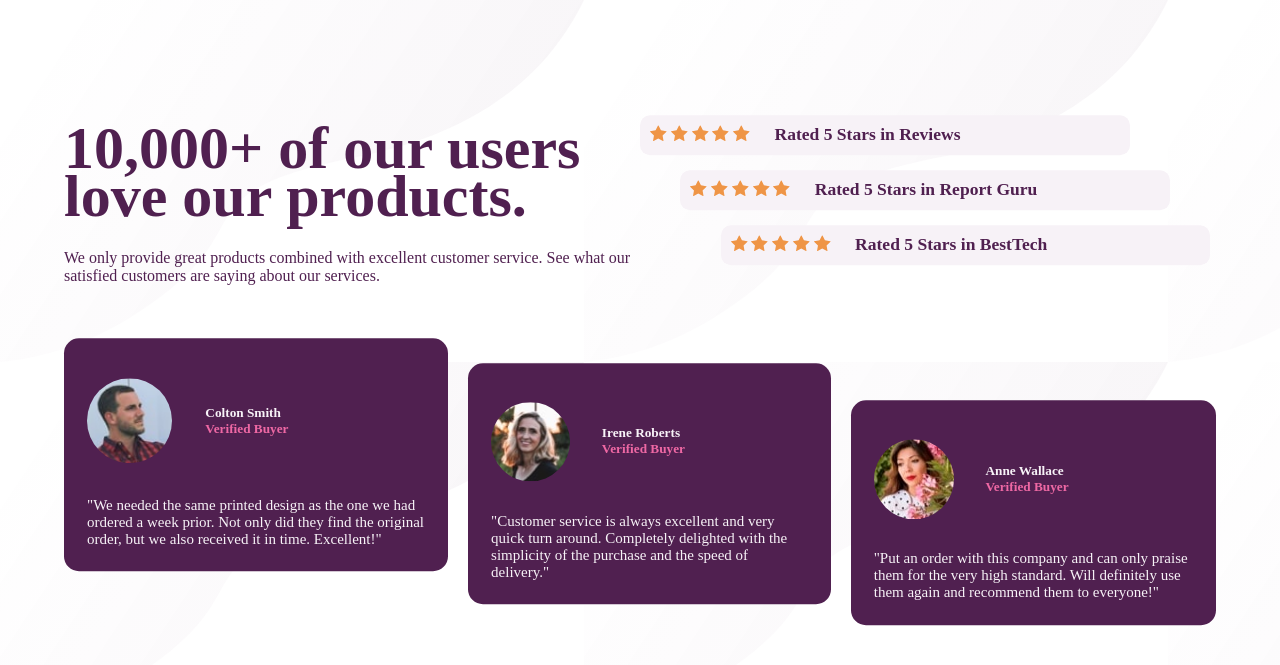
Repository: superZXMzzl/FrontendMentor
Page: social-proof-section-master/index.html
An editor plug-in stored every save of this project. The page is shown before and after the next save, followed by the edit.
The browser window is 1280 px wide. The pictures show the whole page.

Above is the page before, as saved 2022-05-10 11:44:53.

### social-proof-section-master/index.html
<!DOCTYPE html>
<html lang="en">
  <head>
    <meta charset="UTF-8" />
    <meta name="viewport" content="width=device-width, initial-scale=1.0" />
    <!-- displays site properly based on user's device -->

    <link
      rel="icon"
      type="image/png"
      sizes="32x32"
      href="./images/favicon-32x32.png"
    />
    <link rel="stylesheet" href="style.css">
    <title>Frontend Mentor | Social proof section</title>


  </head>
  <body>

    <div class="container">
      <div class="top">
        <div class="left">
          <p class="leftTitle">10,000+ of our users love our products.</p>
          <p class="leftDes">We only provide great products combined with excellent customer service.
            See what our satisfied customers are saying about our services.</p>
        </div>
        <div class="right">
          <div class="right1">
            <div class="starBox">
              <img src="./images/icon-star.svg" class="star">
              <img src="./images/icon-star.svg" class="star">
              <img src="./images/icon-star.svg" class="star">
              <img src="./images/icon-star.svg" class="star">
              <img src="./images/icon-star.svg" class="star">
            </div>
            <h3 class="starDes">Rated 5 Stars in Reviews</h3>
          </div>
          <div class="right2">
            <div class="starBox">
              <img src="./images/icon-star.svg" class="star">
              <img src="./images/icon-star.svg" class="star">
              <img src="./images/icon-star.svg" class="star">
              <img src="./images/icon-star.svg" class="star">
              <img src="./images/icon-star.svg" class="star">
            </div>
            <h3 class="starDes">Rated 5 Stars in Report Guru</h3>
          </div>
          <div class="right3">
            <div class="starBox">
              <img src="./images/icon-star.svg" class="star">
              <img src="./images/icon-star.svg" class="star">
              <img src="./images/icon-star.svg" class="star">
              <img src="./images/icon-star.svg" class="star">
              <img src="./images/icon-star.svg" class="star">
            </div>
            <h3 class="starDes">Rated 5 Stars in BestTech</h3>
          </div>
        </div>
      </div>
      <div class="bottom">
        <div class="card1">
          <div class="cardHead">
            <img src="./images/image-colton.jpg" class="avatar">
            <div class="cardHeadText">
              <h5>Colton Smith</h5>
              <h5 class="ii">Verified Buyer</h5>
            </div>
          </div>
          <p class="cardText">"We needed the same printed design as the one we had ordered a week prior.
            Not only did they find the original order, but we also received it in time.
            Excellent!"</p>
        </div>
        <div class="card2">
          <div class="cardHead">
            <img src="./images/image-irene.jpg" class="avatar">
            <div class="cardHeadText">
              <h5>Irene Roberts</h5>
              <h5 class="ii">Verified Buyer</h5>
            </div>
          </div>
          <p class="cardText">"Customer service is always excellent and very quick turn around. Completely
            delighted with the simplicity of the purchase and the speed of delivery."
          </p>
        </div>
        <div class="card3">
          <div class="cardHead">
            <img src="./images/image-anne.jpg" class="avatar">
            <div class="cardHeadText">
              <h5>Anne Wallace</h5>
              <h5 class="ii">Verified Buyer</h5>
            </div>
          </div>
          <p class="cardText">"Put an order with this company and can only praise them for the very high
            standard. Will definitely use them again and recommend them to everyone!"</p>
        </div>
      </div>
    </div>
  </body>
</html>

### social-proof-section-master/style.css
* {
    margin: 0;
    padding: 0;
    box-sizing: border-box;
}

body {
    min-height: 100vh;
    display: flex;
    align-items: center;
    background-image: url(./images/bg-pattern-top-desktop.svg);
    position: relative;
}

.container {
    position: absolute;
    width: 90%;
    left: 50%;
    top: 50%;
    transform: translate(-50%, -50%);
}

.top {
    display: grid;
    align-items: center;
    grid-template-columns: 1fr 1fr;
}

.right1, .right2, .right3 {
    display: flex;
    align-items: center;
    background-color: hsl(300, 24%, 96%);
    margin: 15px 0;
    border-radius: 10px;
    width: 85%;
    font-size: 15px;
    color: hsl(300, 43%, 22%);
}

.right2 {
    margin-left: 7%;
}

.right3 {
    margin-left: 14%;
}

.starBox {
    margin: 10px;
    margin-right: 5%;
}

.bottom {
    width: 100%;
    display: flex;
    align-items: center;
    justify-content: space-between;
}

.card1, .card2, .card3 {
    margin-right: 20px;
    background-color: hsl(300, 43%, 22%);
    padding: 2%;
    border-radius: 15px;
    color: hsl(300, 24%, 96%)
}

.leftTitle {
    margin: 5% 0;
    color: hsl(300, 43%, 22%);
    font-weight: bolder;
    font-size: 60px;
    line-height: 0.8;
}

.leftDes {
    color: hsl(300, 43%, 22%);
}

.card2 {
    margin-top: 5%;
}

.card3 {
    margin-top: 10%;
    margin-right: 0;
}

.cardHead {
    display: flex;
    align-items: center;
    margin-bottom: 5%;
}

.avatar {
    border-radius: 100%;
    overflow: hidden;
    width: 25%;
    margin-right: 10%;
    padding: 5% 0;
}

.ii {
    color: hsl(333, 80%, 67%);
}

.cardText {
    font-size: 15px;
}

@media screen and (max-width:450px){
    .container {
        display: block;
    }

    .top {
        display: block;
    }

    .right {
        display: block;
    }

    .right1, .right2, .right3 {
        margin-left: 0;
        width: 100%;
    }

    .bottom {
        display: block;
    }

    .card1, .card2, .card3 {
        margin-right: 0;
    }
}

After the next save:
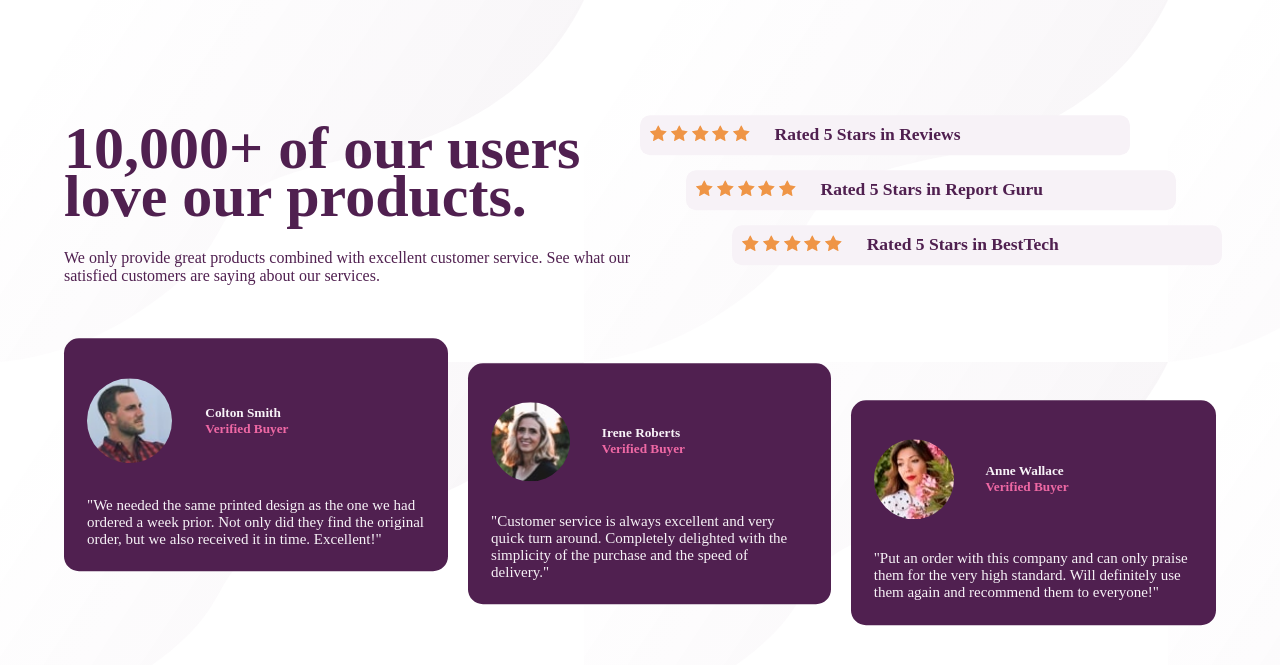
Saved 21 s later.
--- a/social-proof-section-master/style.css
+++ b/social-proof-section-master/style.css
@@ -38,11 +38,11 @@
 }
 
 .right2 {
-    margin-left: 7%;
+    margin-left: 8%;
 }
 
 .right3 {
-    margin-left: 14%;
+    margin-left: 16%;
 }
 
 .starBox {

After the save that followed:
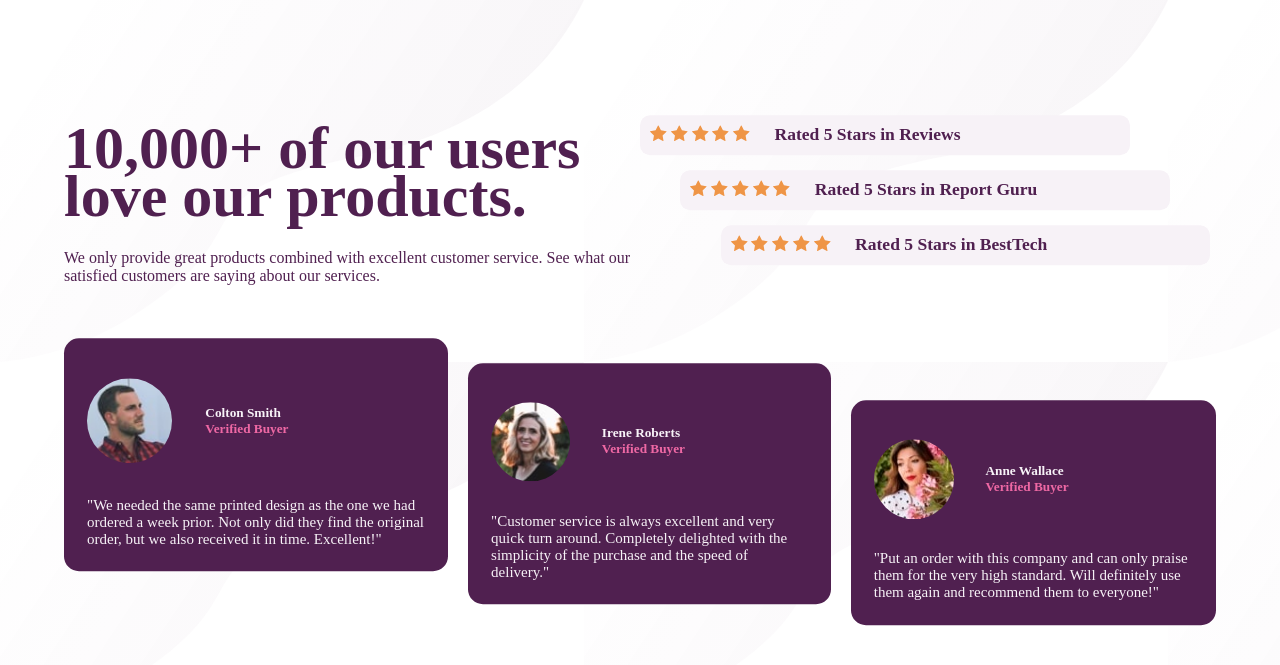
Saved 9 s later.
--- a/social-proof-section-master/style.css
+++ b/social-proof-section-master/style.css
@@ -38,11 +38,11 @@
 }
 
 .right2 {
-    margin-left: 8%;
+    margin-left: 7%;
 }
 
 .right3 {
-    margin-left: 16%;
+    margin-left: 14%;
 }
 
 .starBox {
